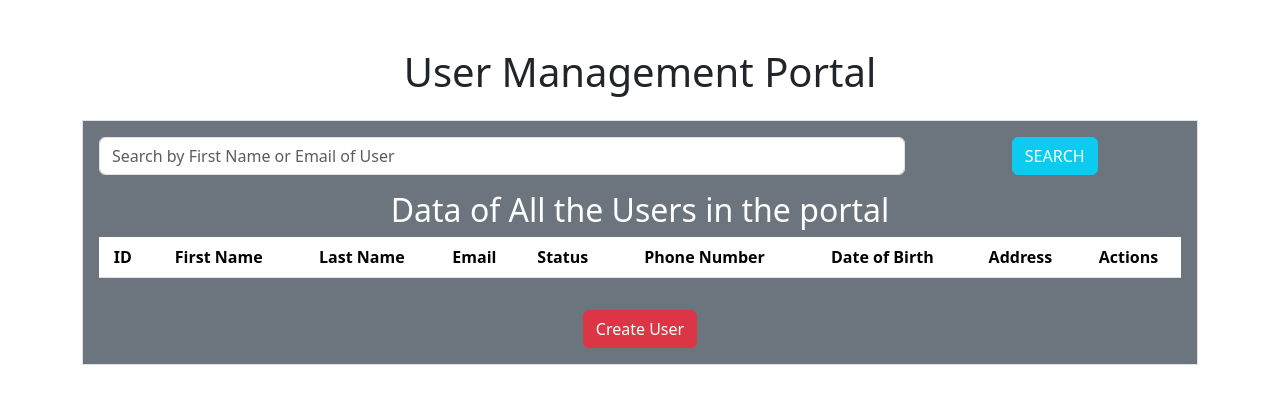
Repository: nairshreejith/reactstudent3
Page: /
An editor plug-in stored every save of this project. The page is shown before and after the next save, followed by the edit.
The browser window is 1280 px wide. The pictures show the whole page.
The page's requests for data from a server got no answer. The project was rebuilt for these pictures with package versions that can differ from the ones it lists, and the page was loaded fresh each time. No one was signed in, and anything a server would have sent is missing.

Above is the page before, as saved 2023-09-16 23:44:44.

### src/App.js
import React, { useState, useEffect } from 'react';
import './App.css';
import './custom.css';
import axios from 'axios';

const api = axios.create({
  baseURL: 'http://localhost:8091', // Replace with your server's URL
});

function App() {
  const [users, setUsers] = useState([]);
  const [searchTerm, setSearchTerm] = useState('');
  const [newUser, setNewUser] = useState({
    firstname: '',
    lastname: '',
    email: '',
    status: '',
    phonenumber: '',
    dob: '',
    address: '',
  });
  const [editingUser, setEditingUser] = useState(null);
  const [showCreateForm, setShowCreateForm] = useState(false); // Track whether to display the create user form

  useEffect(() => {
    fetchUsers();
  }, []);

  const fetchUsers = () => {
    api.get(`/api/users`)
      .then((response) => setUsers(response.data))
      .catch((error) => console.error(error));
  };

  const handleSearch = () => {
    api.get(`/api/users/search/${searchTerm}`)
      .then((response) => setUsers(response.data))
      .catch((error) => console.error(error));
  };

  const handleCreateUser = () => {
    api.post('/api/users', newUser)
      .then(() => {
        fetchUsers();
        setNewUser({
          firstname: '',
          lastname: '',
          email: '',
          status: '',
          phonenumber: '',
          dob: '',
          address: '',
        });
        setShowCreateForm(false);
      })
      .catch((error) => console.error(error));
  };

  const handleModifyUser = (id) => {
    // Implement the logic to modify a user's data
    const modifiedUserData = users.find((user) => user.id === id);

    api.put(`/api/users/${id}`, modifiedUserData)
      .then(() => {
        // Refresh user list after modification
        fetchUsers();
        setEditingUser(null); // Clear the editing state
      })
      .catch((error) => console.error(error));
  };

  const handleDeleteUser = (id) => {
    api.delete(`/api/users/${id}`)
      .then(() => {
        fetchUsers();
      })
      .catch((error) => console.error(error));
  };

  return (
    <div className="App container mt-5">
      <h1 className="mb-4">User Management Portal</h1>
      <div className="border bg-secondary text-white p-3 mb-4">
        <div className="mb-3">
          <div className="row">
            <div className="col-md-9">
              <input type="text" className="form-control" placeholder="Search by First Name or Email of User" value={searchTerm} onChange={(e) => setSearchTerm(e.target.value)} />
            </div>
            <div className="col-md-3">
              <button className="btn btn-info text-white" onClick={handleSearch}>SEARCH</button>
            </div>
          </div>
        </div>
        <h2>Data of All the Users in the portal</h2>
        <table className="table table-striped">
          <thead>
            <tr>
              <th>ID</th>
              <th>First Name</th>
              <th>Last Name</th>
              <th>Email</th>
              <th>Status</th>
              <th>Phone Number</th>
              <th>Date of Birth</th>
              <th>Address</th>
              <th>Actions</th>
            </tr>
          </thead>
          <tbody>
            {users.map((user) => (
              <tr key={user.id}>
                <td>{user.id}</td>
                <td>
                  {editingUser === user.id ? (
                    <input
                      type="text"
                      className="form-control"
                      value={user.firstname}
                      onChange={(e) => {
                        const updatedUser = { ...user, firstname: e.target.value };
                        const updatedUsers = [...users];
                        updatedUsers[updatedUsers.findIndex((u) => u.id === user.id)] = updatedUser;
                        setUsers(updatedUsers);
                      }}
                    />
                  ) : (
                    user.firstname
                  )}
                </td>
                {/* Render other user attributes */}
                <td>{user.lastname}</td>
                <td>{user.email}</td>
                <td>{user.status}</td>
                <td>{user.phonenumber}</td>
                <td>{user.dob}</td>
                <td>{user.address}</td>
                <td>
                  {editingUser === user.id ? (
                    <button className="btn btn-success" onClick={() => handleModifyUser(user.id)}>SAVE</button>
                  ) : (
                    <>
                      <button className="btn bg-info mx-3" onClick={() => setEditingUser(user.id)}>UPDATE</button>
                      <button className="btn btn-danger" onClick={() => handleDeleteUser(user.id)}>DELETE</button>
                    </>
                  )}
                </td>
              </tr>
            ))}
          </tbody>
        </table>
        <button className="btn bg-danger text-white mt-3" onClick={() => setShowCreateForm(!showCreateForm)}>
          {showCreateForm ? "CANCEL" : "Create User"}
        </button>
        {showCreateForm && (
          <div class="mt-5">
            <h2>Create New User</h2>
            <div className="row">
              <div className="col-md-12">
                <label htmlFor="firstname">First Name</label>
                <input type="text" id="firstname" className="form-control" placeholder="First Name" value={newUser.firstname} onChange={(e) => setNewUser({ ...newUser, firstname: e.target.value })} />
              </div>
              <div className="col-md-12">
                <label htmlFor="lastname">Last Name</label>
                <input type="text" id="lastname" className="form-control" placeholder="Last Name" value={newUser.lastname} onChange={(e) => setNewUser({ ...newUser, lastname: e.target.value })} />
              </div>
              <div className="col-md-12">
                <label htmlFor="email">Email</label>
                <input type="text" id="email" className="form-control" placeholder="Email" value={newUser.email} onChange={(e) => setNewUser({ ...newUser, email: e.target.value })} />
              </div>
              <div className="col-md-12">
                <label htmlFor="status">Status</label>
                <input type="text" id="status" className="form-control" placeholder="Status" value={newUser.status} onChange={(e) => setNewUser({ ...newUser, status: e.target.value })} />
              </div>
            </div>
            <div className="row">
              <div className="col-md-12">
                <label htmlFor="phonenumber">Phone Number</label>
                <input type="text" id="phonenumber" className="form-control" placeholder="Phone Number" value={newUser.phonenumber} onChange={(e) => setNewUser({ ...newUser, phonenumber: e.target.value })} />
              </div>
              <div className="col-md-12">
                <label htmlFor="dob">Date of Birth</label>
                <input type="text" id="dob" className="form-control" placeholder="Date of Birth" value={newUser.dob} onChange={(e) => setNewUser({ ...newUser, dob: e.target.value })} />
              </div>
              <div className="col-md-12">
                <label htmlFor="address">Address</label>
                <input type="text" id="address" className="form-control" placeholder="Address" value={newUser.address} onChange={(e) => setNewUser({ ...newUser, address: e.target.value })} />
              </div>
              <div className="mb-4 p-3">
                <button className="btn bg-success text-white" onClick={handleCreateUser}>CREATE</button>
              </div>
            </div>
          </div>
        )}
      </div>
    </div>
  );
}

export default App;

### src/App.css
.App {
  text-align: center;

}


.App-logo {
  height: 40vmin;
  pointer-events: none;
}

@media (prefers-reduced-motion: no-preference) {
  .App-logo {
    animation: App-logo-spin infinite 20s linear;
  }
}

.App-header {
  background-color: black;
  min-height: 100vh;
  display: flex;
  flex-direction: column;
  align-items: center;
  justify-content: center;
  font-size: calc(10px + 2vmin);
  color: white;
}

.App-link {
  color: #61dafb;
}

@keyframes App-logo-spin {
  from {
    transform: rotate(0deg);
  }
  to {
    transform: rotate(360deg);
  }
}

### src/custom.css



body {
    background-color: black;
    color: white; /* Set the text color to white */
}

Loaded but not shown: public/index.html (common file); src/index.js (common file); src/reportWebVitals.js (common file); src/index.css (no stored copy; drawn as an empty file)

After the next save:
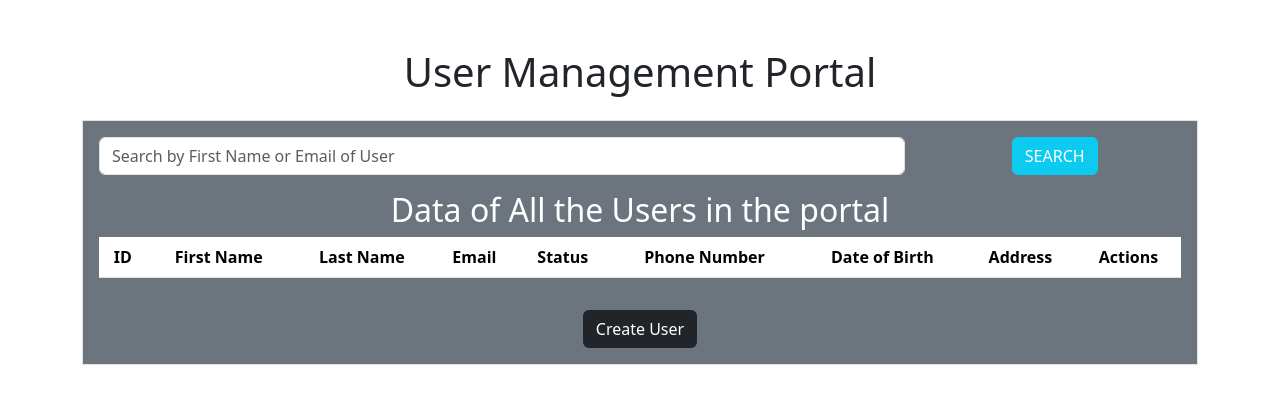
Saved 19 s later.
--- a/src/App.js
+++ b/src/App.js
@@ -148,7 +148,7 @@ function App() {
             ))}
           </tbody>
         </table>
-        <button className="btn bg-danger text-white mt-3" onClick={() => setShowCreateForm(!showCreateForm)}>
+        <button className="btn bg-dark text-white mt-3" onClick={() => setShowCreateForm(!showCreateForm)}>
           {showCreateForm ? "CANCEL" : "Create User"}
         </button>
         {showCreateForm && (
